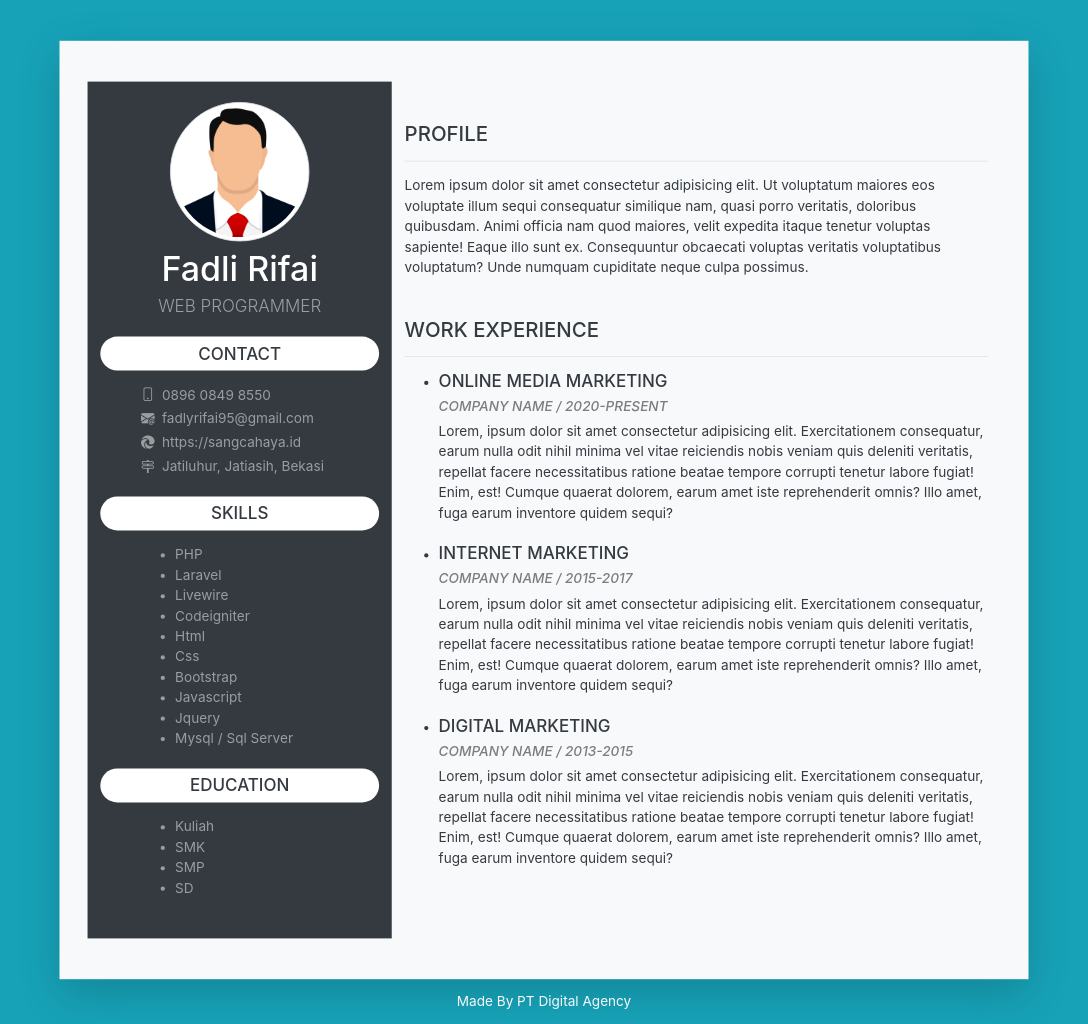
Repository: fadlyyy/fadlyyy.github.io
Page: index.html
These files come from the project's save history. The page is drawn as it stood at one moment and after the next save; the edit follows.
The browser window is 1280 px wide. The pictures show the whole page, at 85% of full size.

Above is the page before, as saved 2024-01-30 11:25:18.

After the next save:
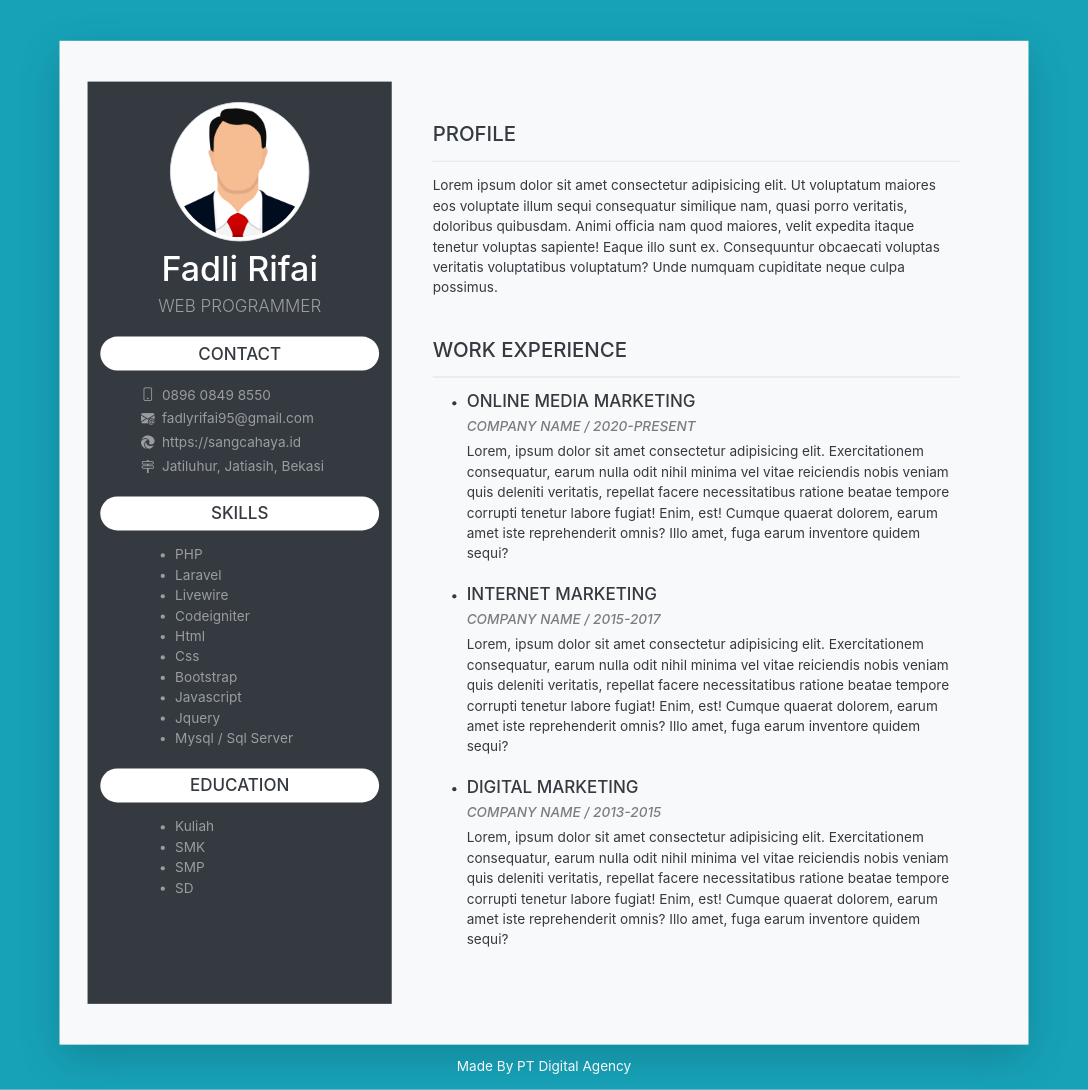
Saved 25 s later.
--- a/index.html
+++ b/index.html
@@ -85,7 +85,7 @@
                     </div>
                </div>
 
-               <div class="col-lg-8 bg-light text-dark py-5">
+               <div class="col-lg-8 bg-light text-dark py-5 px-5">
                     <div class="header-right">
                          <h4 class="text-uppercase">Profile</h4>
                          <hr />

After the save that followed:
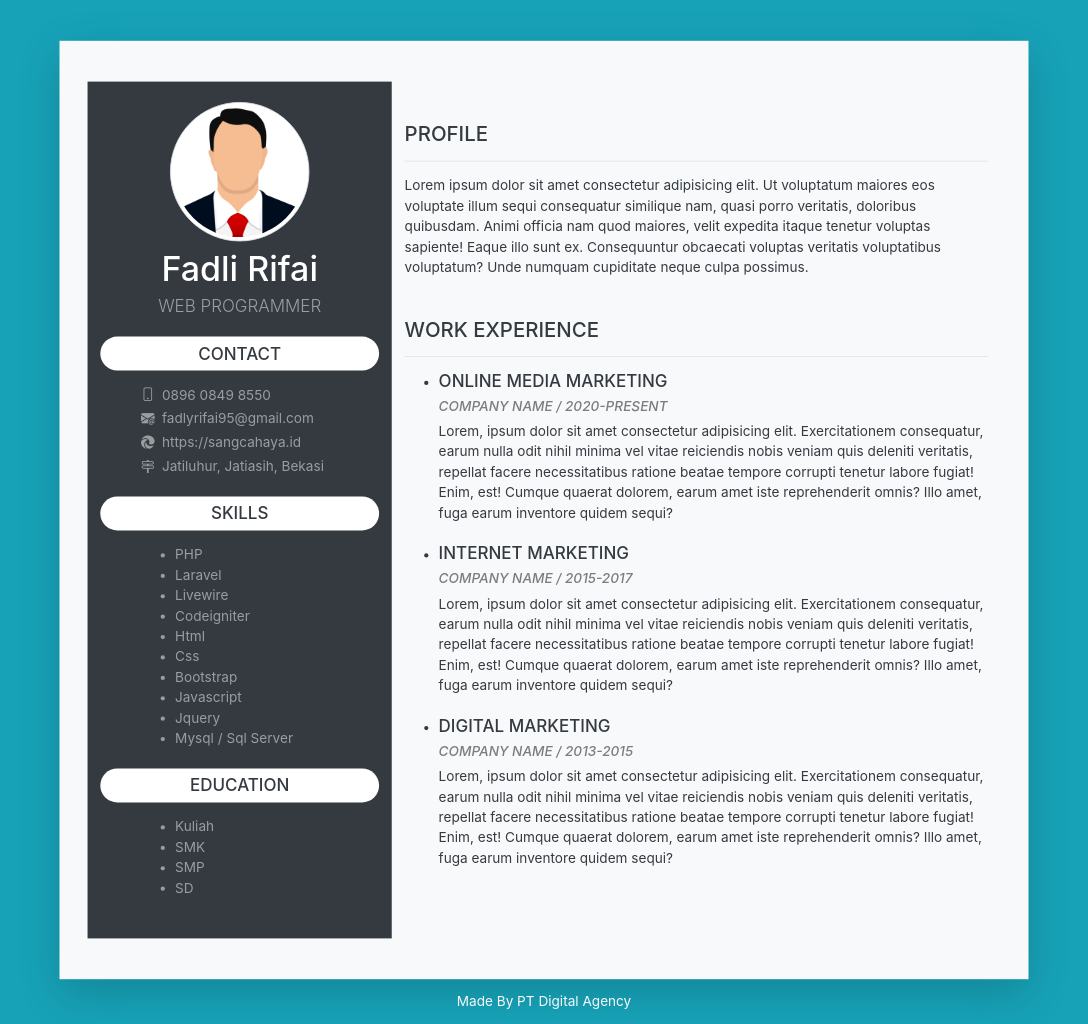
Saved 7 s later.
--- a/index.html
+++ b/index.html
@@ -85,7 +85,7 @@
                     </div>
                </div>
 
-               <div class="col-lg-8 bg-light text-dark py-5 px-5">
+               <div class="col-lg-8 bg-light text-dark py-5">
                     <div class="header-right">
                          <h4 class="text-uppercase">Profile</h4>
                          <hr />
